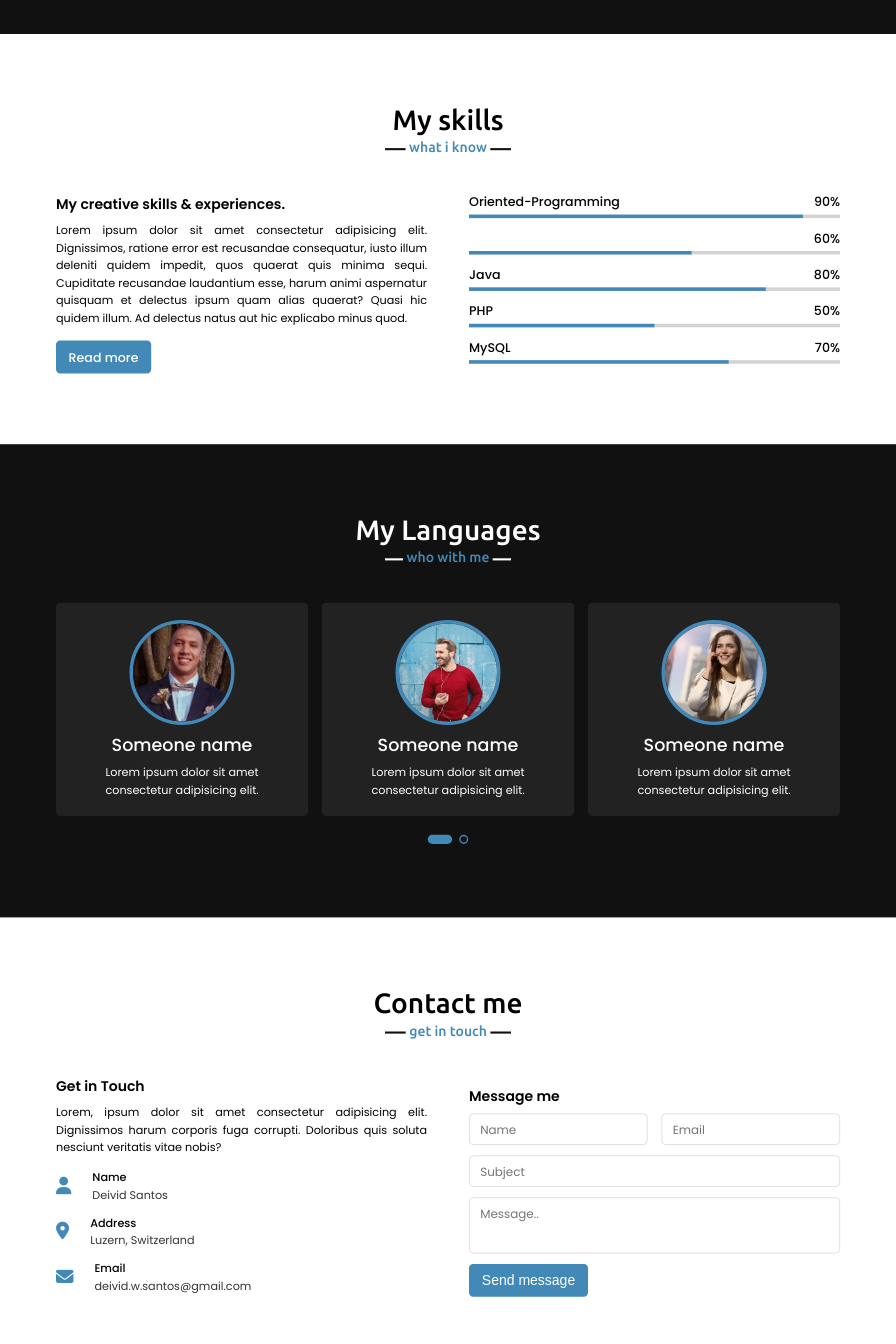
Repository: deividwsantoss/portfolio
Page: index.html
An editor plug-in stored every save of this project. The page is shown before and after the next save, followed by the edit.
The browser window is 1280 px wide. The pictures show the part of the page from y = 2051 to 3971 px (the page is 4073 px tall), at 70% of full size.
Some web libraries are served in a nearby version.

Above is the page before, as saved 2021-03-02 09:05:12.

After the next save:
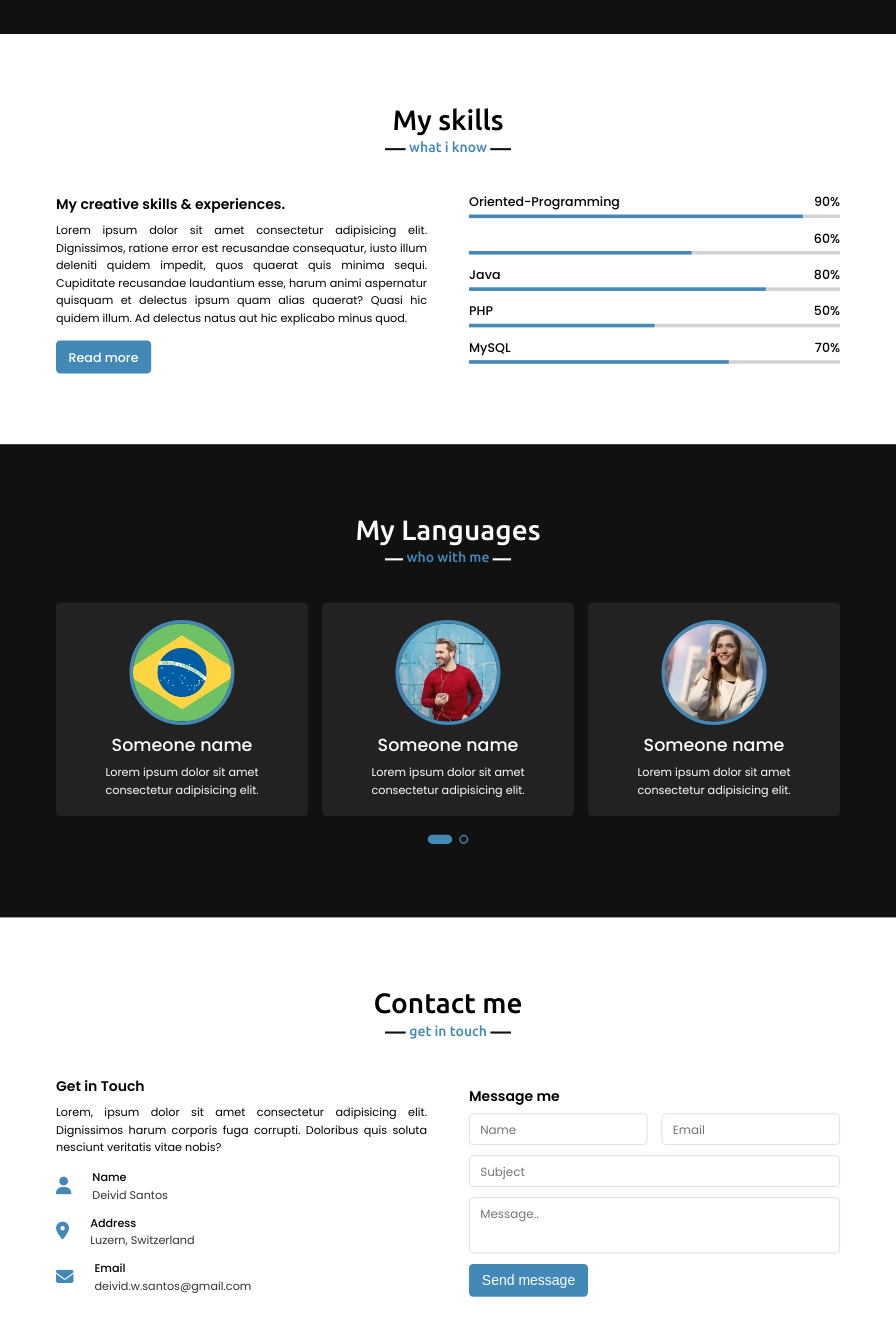
Saved 10 s later.
--- a/index.html
+++ b/index.html
@@ -145,7 +145,7 @@
         <div class="carousel owl-carousel">
             <div class="card">
                 <div class="box">
-                    <img src="images/profile-1.jpeg" alt="">
+                    <img src="images/brazil.jpg" alt="">
                     <div class="text">Someone name</div>
                     <p>Lorem ipsum dolor sit amet consectetur adipisicing elit.</p>
                 </div>
